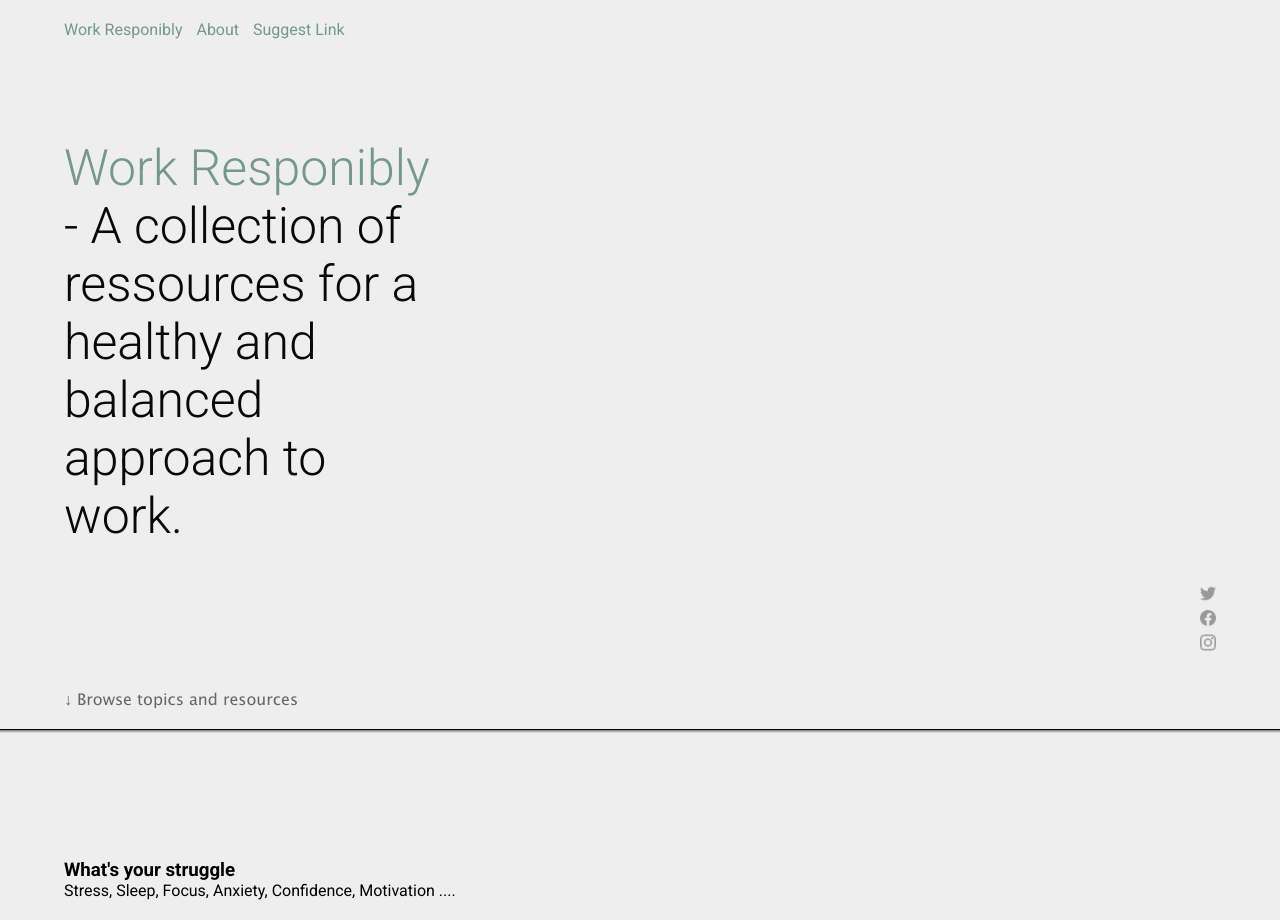
Repository: m0lt/modul_1
Page: 20250704_git_intro/Aufgaben/index.html
The author's editor kept a copy of each file at every save. The page is drawn from the files as they stood at one save, then again after the next save.
The browser window is 1280 px wide. The pictures show the whole page.

Above is the page before, as saved 2025-07-08 06:40:38.

After the next save:
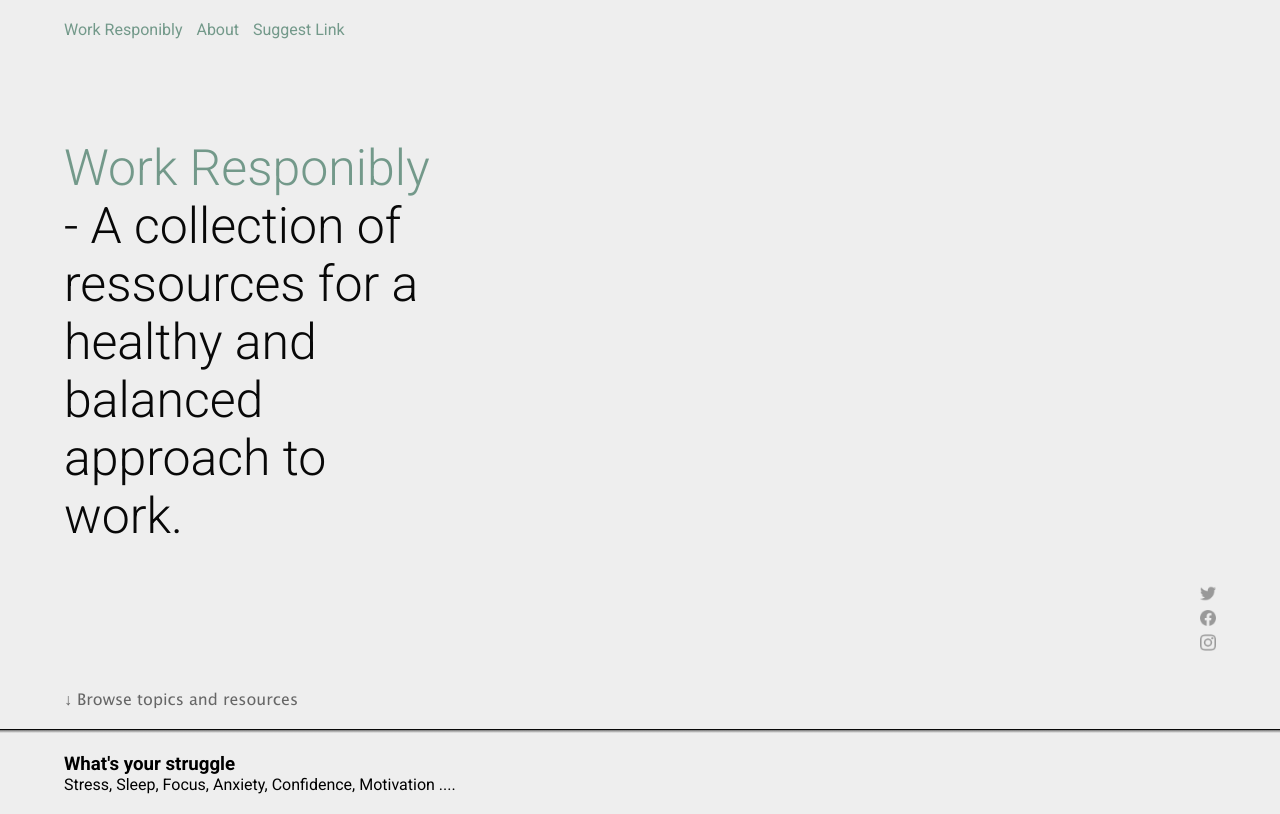
Saved 37 s later.
--- a/20250704_git_intro/Aufgaben/assets/css/styles.css
+++ b/20250704_git_intro/Aufgaben/assets/css/styles.css
@@ -32,8 +32,8 @@
   padding-right: 10px;
 }
 .hero {
-  height: 100vh;
-  z-index: 10;
+  /* height: 100vh;
+  z-index: 10; */
 }
 .titleWrapper {
   width: 30vw;
